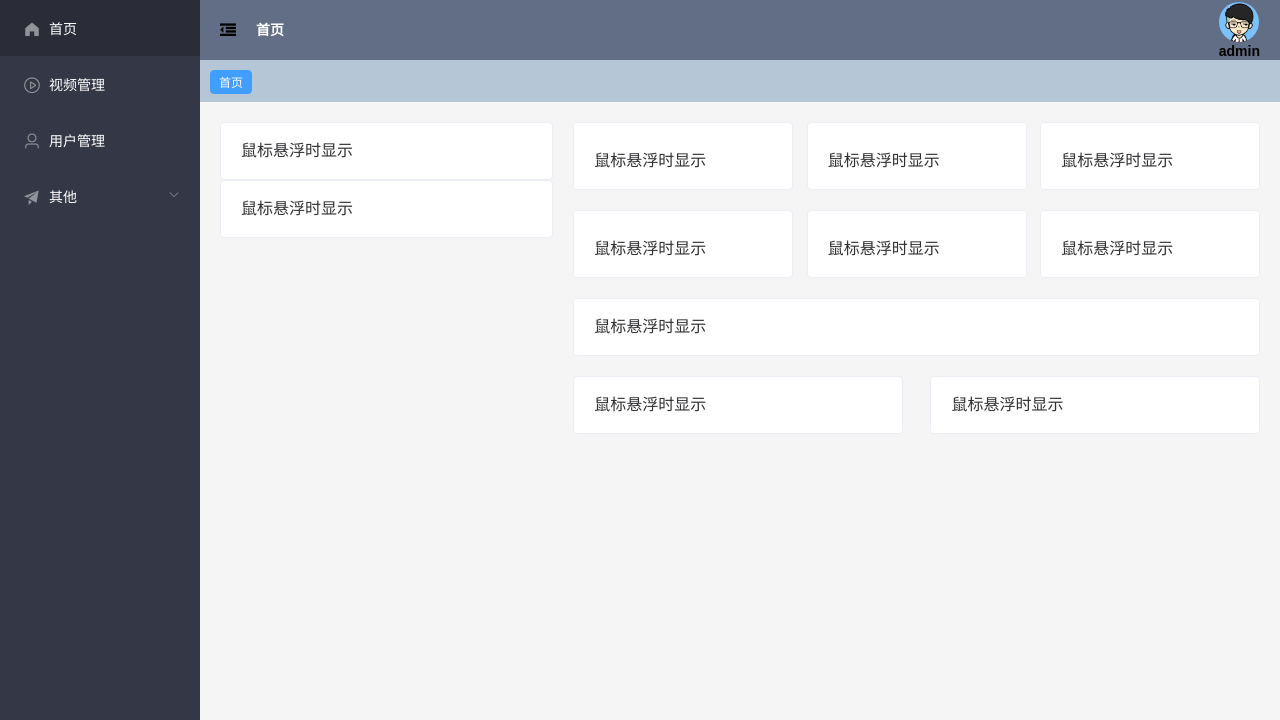
Repository: coWhy/vue-manage
Page: /
The author's editor kept a copy of each file at every save. The page is drawn from the files as they stood at one save, then again after the next save.
The browser window is 1280 px wide. The pictures show the whole page.
The project was rebuilt for these pictures with package versions that can differ from the ones it lists, and the page was loaded fresh each time. Also part of the build but not shown: vue.config.js.

Above is the page before, as saved 2020-04-13 22:48:07.

### src/main.js
import Vue from 'vue'
import App from './App.vue'
import router from './router'
import store from './store'
// 全局配置样式
import '@/assets/scss/reset.scss'
import '@/assets/font-awesome-4.7.0/css/font-awesome.css'
// 第三方包
import ElementUI from 'element-ui'
import 'element-ui/lib/theme-chalk/index.css'
// 自定义全局插件
import http from '@/plugins/http' // 自定义全局axios
// 引入Mock 主要是用于前端模拟使用 使用时 记得注释掉
import './mock'

Vue.config.productionTip = false
Vue.use(http)
console.log(
  `当前所处开发环境:【${process.env.NODE_ENV}】| 路由为: 【${process.env.VUE_APP_URL}】`
)
Vue.use(ElementUI)
new Vue({
  router,
  store,
  render: h => h(App)
}).$mount('#app')

### src/App.vue
<template>
  <div id="app">
    <router-view />
  </div>
</template>

<style lang="scss">
#app {
  // color: $theme-color;
  height: 100vh;
}
</style>

### src/router/index.js
import Vue from 'vue'
import VueRouter from 'vue-router'
//
const originalPush = VueRouter.prototype.push
VueRouter.prototype.push = function push(location) {
  return originalPush.call(this, location).catch(err => err)
}
Vue.use(VueRouter)

const routes = [
  {
    path: '/',
    component: () => import('@/views/layout/index'),
    children: [
      {
        path: '/',
        name: 'home',
        component: () => import('@/views/home/index')
      },
      {
        path: '/video',
        name: 'video',
        component: () => import('@/views/video/index')
      },
      {
        path: '/user',
        name: 'user',
        component: () => import('@/views/user/index')
      },
      {
        path: '/page1',
        name: 'page1',
        component: () => import('@/views/other/page1')
      },
      {
        path: '/page2',
        name: 'page2',
        component: () => import('@/views/other/page2')
      }
    ]
  }
]

const router = new VueRouter({
  routes
})

export default router

### src/store/index.js
import Vue from 'vue'
import Vuex from 'vuex'
import tag from './modules/tag'
Vue.use(Vuex)

export default new Vuex.Store({
  state: {},
  mutations: {},
  actions: {},
  modules: {
    tag
  }
})

### src/plugins/http.js
// 自定义开发插件
import axios from 'axios'

const MyHttpServer = {}

MyHttpServer.install = Vue => {
  // 基准地址
  // axios.defaults.baseURL = process.env.VUE_APP_URL
  const service = axios.create({
    baseURL: process.env.VUE_APP_URL, //请求基础url
    timeout: 3000 //  请求超时时间
  })
  // 添加请求拦截器 token拦截
  service.interceptors.request.use(
    config => {
      return config
    },
    err => {
      console.log(err)
    }
  )
  // 响应拦截器
  service.interceptors.response.use(
    response => {
      let res = {}
      //  此处对不同状态码 进行不同的操作 比如404 跳转页面等
      res.status = response.status
      res.data = response.data
      return res
    },
    err => {
      console.log(err)
    }
  )
  Vue.prototype.$http = axios
}
export default MyHttpServer

### src/mock/index.js
import Mock from 'mockjs'
import homeApi from './home'
Mock.setup({
  timeout: '200-2000' // 设置延时 [200 - 2000ms]
})
// 首页相关
// 拦截 /home/getData
Mock.mock('/home/getData', 'get', homeApi.getHomeData) // /\/home\/getData/.

### src/assets/scss/_variable.scss
// 全局配置样式 修改主题颜色
$theme-color: #33aef0;

### src/views/layout/index.vue
<template>
  <el-container class="container">
    <!-- 左侧菜单栏 -->
    <el-aside width="auto">
      <common-aside></common-aside>
    </el-aside>
    <el-container>
      <!-- 头部 -->
      <el-header class="header">
        <common-header></common-header>
      </el-header>
      <!-- Tab标签 -->
      <common-tag class="tag"></common-tag>
      <!-- 主体 -->
      <el-main>
        <router-view></router-view>
      </el-main>
    </el-container>
  </el-container>
</template>

<script>
import CommonAside from './components/aside/index'
import CommonHeader from './components/header/index'
import CommonTag from './components/tag/index'
export default {
  components: {
    CommonAside,
    CommonHeader,
    CommonTag
  }
}
</script>

<style lang="scss" scoped>
.container {
  height: 100%;
}
.header {
  background-color: #626e85; // 头部背景色
  width: 100%;
}
.main {
  padding-top: 0;
}
</style>

### src/views/home/index.vue
<template>
  <el-row class="home" :gutter="20">
    <!-- 左侧 -->
    <el-col :span="8">
      <el-card shadow="hover">
        鼠标悬浮时显示
      </el-card>
      <el-card shadow="hover">
        鼠标悬浮时显示
      </el-card>
    </el-col>
    <!-- 右侧 -->
    <el-col :span="16">
      <!-- 顶部  -->
      <div class="num">
        <el-card shadow="hover" v-for="item in 6" :key="item">
          <!-- 图标部分 -->
          <i class="icon"></i>
          <!-- 详情部分  -->
          <div class="detail">
            <p class="num"></p>
            <p class="txt"></p>
          </div>
          鼠标悬浮时显示
        </el-card>
      </div>
      <!-- 底部 -->
      <el-card shadow="hover">
        鼠标悬浮时显示
      </el-card>
      <div class="graph">
        <el-card shadow="hover">
          鼠标悬浮时显示
        </el-card>
        <el-card shadow="hover">
          鼠标悬浮时显示
        </el-card>
      </div>
    </el-col>
  </el-row>
</template>

<script>
export default {
  methods: {
    async getVideoData() {
      const res = await this.$http.get('/home/getData')
      console.log(res)
    }
  },
  created() {
    this.getVideoData()
  }
}
</script>

<style lang="scss" scoped>
@import url('~@/assets/scss/home.scss');
</style>

### src/store/modules/tag.js
export default {
  state: {
    isCollapse: false, // 左侧菜单栏是否折叠
    curMenu: null, // 点击选中的菜单
    menuList: [], // 全部菜单
    tagList: [
      // 首页是不可关闭的
      {
        path: '/',
        name: 'home',
        title: '首页',
        icon: 'el-icon-s-home'
      }
    ] // 存放tags 点击后 就存到里面去
  },
  mutations: {
    // 点击 菜单之后 对应的tab 标签也要 进入 tabList 进行存放
    // 首页 不加入tabList
    getMenu(state, selectedMenu) {
      if (selectedMenu.name !== 'home') {
        state.curMenu = selectedMenu
        let result = state.tagList.findIndex(
          item => item.name === selectedMenu.name
        )
        if (result === -1) {
          // 没找到这个tag 就放进tagList
          state.tagList.push(selectedMenu)
        }
      } else {
        state.curMenu = null
      }
    },
    // 关闭选中的tag
    closeTag(state, selectedTag) {
      // if (selectedTag.name !== 'home') {
      // }
      // 找到tag的索引 进行删除
      let result = state.tagList.findIndex(
        item => item.name === selectedTag.name
      )
      state.tagList.splice(result, 1)
    },
    // 折叠左侧菜单栏
    collapseAsideMenu(state) {
      state.isCollapse = !state.isCollapse
    }
  },
  actions: {},
  modules: {}
}

### src/mock/home.js
import Mock from 'mockjs'
export default {
  getHomeData: () => {
    return {
      code: 20000,
      data: [
        {
          name: 'SpringBoot',
          value: Mock.Random.float(1000, 10000, 0, 2)
        },
        {
          name: 'SpringBoot',
          value: Mock.Random.float(1000, 10000, 0, 2)
        },
        {
          name: 'React',
          value: Mock.Random.float(1000, 10000, 0, 2)
        },
        {
          name: 'Vue',
          value: Mock.Random.float(1000, 10000, 0, 2)
        },
        {
          name: '微信小程序',
          value: Mock.Random.float(1000, 10000, 0, 2)
        },
        {
          name: 'Es6',
          value: Mock.Random.float(1000, 10000, 0, 2)
        },
        {
          name: 'Java',
          value: Mock.Random.float(1000, 10000, 0, 2)
        }
      ]
    }
  }
}

### src/views/layout/components/aside/index.vue
<template>
  <el-menu
    default-active="2"
    class="el-menu-vertical-demo"
    :background-color="asideSetting.bgColor"
    :text-color="asideSetting.texteColor"
    :active-text-color="asideSetting.activeTextColor"
    :collapse="isCollapse"
  >
    <!-- 这是没有子级菜单的
    handleClickMenu(item) 将选中的菜单元素存入store中的menu 用于tab使用
    由于 分两种情况 所以 下面两种 都需要加上handleClickMenu 事件
    v-for="item in noChildrenList" 遍历元素列表
    :index="item.path"  路由相关
    :key="item.title" 索引 避免重复
    -->
    <!-- noChildrenList -->
    <el-menu-item
      :index="item.path"
      v-for="item in noChildrenList"
      :key="item.title"
      @click="handleClickMenu(item)"
    >
      <i :class="item.icon"></i>
      <span slot="title">{{ item.title }}</span>
    </el-menu-item>
    <!-- hasChildrenList -->
    <el-submenu
      :index="item.title"
      v-for="item in hasChildrenList"
      :key="item.title"
    >
      <template slot="title">
        <i :class="item.icon"></i>
        <span slot="title">{{ item.title }}</span>
      </template>
      <el-menu-item-group>
        <el-menu-item
          :index="subItem.path"
          v-for="subItem in item.children"
          :key="subItem.title"
          @click="handleClickMenu(subItem)"
        >
          <i :class="subItem.icon"></i>
          <span slot="title">{{ subItem.title }}</span>
        </el-menu-item>
      </el-menu-item-group>
    </el-submenu>
  </el-menu>
</template>

<script>
export default {
  computed: {
    noChildrenList() {
      // asideMenuList 没有 子级菜单
      return this.asideMenuList.filter(item => !item.children)
    },
    hasChildrenList() {
      // asideMenuList 有 子级菜单
      return this.asideMenuList.filter(item => item.children)
    },
    // 取出vuex中的是否折叠isCollapse
    isCollapse() {
      return this.$store.state.tag.isCollapse
    }
  },
  data() {
    return {
      asideSetting: {
        bgColor: '#343746', // 侧边栏背景颜色
        activeTextColor: '#4ffffb', // 选中字体的颜色
        texteColor: '#fff' // 默认字体颜色
      },
      //侧边栏菜单列表
      asideMenuList: [
        {
          path: '/',
          name: 'home',
          title: '首页',
          icon: 'el-icon-s-home'
        },
        {
          path: '/video',
          name: 'video',
          title: '视频管理',
          icon: 'el-icon-video-play'
        },
        {
          path: '/user',
          name: 'user',
          title: '用户管理',
          icon: 'el-icon-user'
        },
        {
          title: '其他',
          icon: 'el-icon-s-promotion',
          children: [
            {
              path: '/page1',
              name: 'page1',
              title: '页面1',
              icon: 'el-icon-setting'
            },
            {
              path: '/page2',
              name: 'page2',
              title: '页面2',
              icon: 'el-icon-setting'
            }
          ]
        }
      ]
    }
  },
  methods: {
    // 选中菜单 传入store
    handleClickMenu(item) {
      // 跳转到指定的页面
      this.$router.push({ name: item.name })
      this.$store.commit('getMenu', item)
    }
  }
}
</script>

<style lang="scss" scoped>
.el-menu {
  // 菜单占满容器
  height: 100%;
  border: none;
}
// 折叠样式
.el-menu-vertical-demo:not(.el-menu--collapse) {
  width: 200px;
  min-height: 400px;
}
</style>

### src/views/layout/components/header/index.vue
<template>
  <header class="header">
    <div class="l-content">
      <!-- 折叠标签 可以折叠左侧菜单栏 折叠：fa fa-outdent 展开： fa fa-indent -->
      <i
        :class="
          $store.state.tag.isCollapse === true
            ? 'fa fa-indent'
            : 'fa fa-outdent '
        "
        aria-hidden="true"
        @click="collapseAsideMenu()"
      ></i>
      <!-- 面包屑导航 -->
      <el-breadcrumb separator="/">
        <!-- 默认保留一个 首页 -->
        <el-breadcrumb-item :to="{ path: '/' }">首页</el-breadcrumb-item>
        <!-- curMenu 不为null的时候才渲染出来 -->
        <el-breadcrumb-item :to="curMenu.path" v-if="curMenu">
          {{ curMenu.title }}
        </el-breadcrumb-item>
      </el-breadcrumb>
    </div>
    <!-- 用户部分 头像 下拉菜单 等 -->
    <div class="r-content">
      <el-dropdown trigger="click" size="mini">
        <span class="el-dropdown-link">
          <!-- 用户头像 和 用户名 动态获取 -->
          <img :src="userInfo.avatar" class="avatar" />
          <span class="name">{{ userInfo.username }}</span>
        </span>
        <el-dropdown-menu slot="dropdown">
          <el-dropdown-item>个人中心</el-dropdown-item>
          <el-dropdown-item>退出登录</el-dropdown-item>
        </el-dropdown-menu>
      </el-dropdown>
    </div>
  </header>
</template>

<script>
import { mapState } from 'vuex'
export default {
  computed: {
    ...mapState({
      curMenu: state => state.tag.curMenu // 选中的菜单对象
    })
  },
  data() {
    return {
      // 用户信息
      userInfo: {
        username: 'admin', // 用户名
        avatar: require('@/assets/images/user.png') // 用户头像
      }
    }
  },
  methods: {
    // 折叠左侧菜单栏
    collapseAsideMenu() {
      this.$store.commit('collapseAsideMenu')
    }
  }
}
</script>

<style lang="scss" scoped>
.header {
  display: flex;
  height: 100%;
  align-items: center;
  justify-content: space-between;
}
.l-content {
  // width: 380;
  display: flex;
  align-items: center;
  i {
    margin-right: 20px;
  }
  justify-content: space-between;
}
.r-content {
  .avatar {
    width: 40px;
    height: 40px;
    border-radius: 50%;
  }
  .name {
    display: flex;
    height: 100%;
    color: black;
    font-weight: bolder;
    align-items: center;
  }
}
</style>
<style lang="scss">
.el-breadcrumb__item {
  .el-breadcrumb__inner {
    color: #b9d0fb;
    font-weight: normal;
  }
  &:last-child {
    .el-breadcrumb__inner {
      color: #ffffff;
      font-weight: bolder;
    }
  }
}
</style>

### src/views/layout/components/tag/index.vue
<template>
  <div class="tags">
    <!--  tabs标签
  不是首页才可以关闭
  选中tag颜色变化 :effect="$route.name === tag.name ? 'dark' : 'plain'"
  -->
    <el-tag
      size="small"
      :key="tag.name"
      v-for="tag in tagList"
      :closable="tag.name !== 'home'"
      :disable-transitions="false"
      @close="handleClose(tag)"
      @click="changeMenu(tag)"
      :effect="$route.name === tag.name ? 'dark' : 'plain'"
    >
      {{ tag.title }}
    </el-tag>
  </div>
</template>

<script>
import { mapState, mapMutations } from 'vuex'
export default {
  computed: {
    ...mapState({
      tagList: state => state.tag.tagList
    })
  },
  data() {
    return {}
  },
  methods: {
    ...mapMutations({
      closeTag: 'closeTag'
    }),
    // 关闭tag
    handleClose(tag) {
      this.closeTag(tag)
    },
    changeMenu(tag) {
      this.$store.commit('getMenu', tag)
      this.$router.push({ name: tag.name })
    }
  }
}
</script>

<style lang="scss" scoped>
.tags {
  background-color: #b5c6d6;
  position: relative;
  height: 42px;
  border: none;
  overflow: hidden;
  padding: 10px;
  .el-tag {
    padding-top: 1px;
    padding-bottom: 1px;
    margin-right: 15px;
    cursor: pointer;
  }
}
</style>

### src/assets/scss/home.scss
.home {
  .user {
    display: flex;
    align-items: center;
    padding-bottom: 20px;
    margin-bottom: 20px;
    border-bottom: 1px solid #ccc;
    img {
      width: 150px;
      height: 150px;
      border-radius: 50%;
      margin-right: 40px;
    }
    &info {
      .name {
        font-size: 32px;
        margin-bottom: 10px;
      }
      .access {
        color: #999999;
      }
    }
  }
  .login-info {
    p {
      line-height: 28px;
      font-size: 14px;
      color: #999999;
      span {
        color: #666666;
        margin-left: 60px;
      }
    }
  }
  .num {
    display: flex;
    flex-wrap: wrap;
    justify-content: space-between;
    .el-card {
      width: 32%;
      margin-bottom: 20px;
    }
    .icon {
      font-size: 30px;
      width: 80px;
      height: 80px;
      text-align: center;
      line-height: 80px;
      color: #fff;
    }
    .detail {
      margin-left: 15px;
      display: flex;
      flex-direction: column;
      justify-content: center;
      .num {
        font-size: 30px;
        margin-bottom: 10px;
      }
      .txt {
        font-size: 14px;
        text-align: center;
        color: #999999;
      }
    }
  }
  .graph {
    margin-top: 20px;
    display: flex;
    justify-content: space-between;
    .el-card {
      width: 48%;
    }
  }
}

Loaded but not shown: public/index.html (common file); src/assets/scss/reset.scss (common file); src/assets/font-awesome-4.7.0/css/font-awesome.css (library)

After the next save:
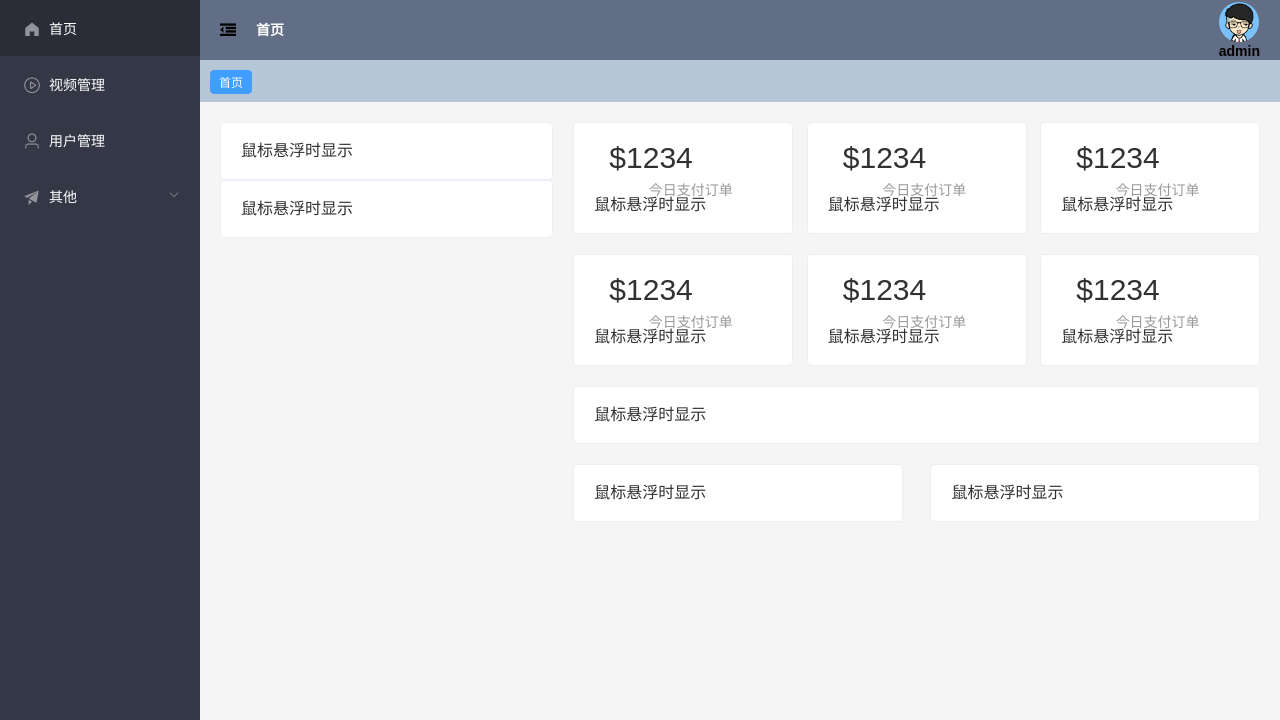
Saved 26 s later.
--- a/src/views/home/index.vue
+++ b/src/views/home/index.vue
@@ -18,8 +18,8 @@
           <i class="icon"></i>
           <!-- 详情部分  -->
           <div class="detail">
-            <p class="num"></p>
-            <p class="txt"></p>
+            <p class="num">$1234</p>
+            <p class="txt">今日支付订单</p>
           </div>
           鼠标悬浮时显示
         </el-card>
